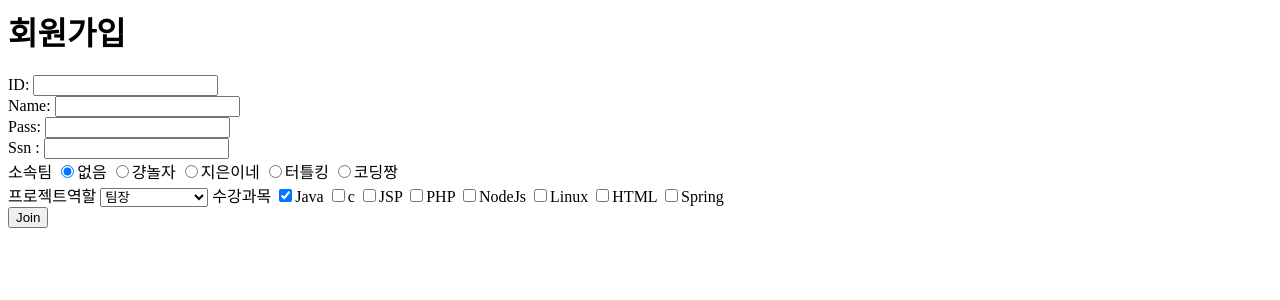
Repository: walker1232/egov
Page: http://localhost/egov/WEB-INF/views/member/add.jsp
An editor plug-in stored every save of this project. The page is shown before and after the next save, followed by the edit.
The browser window is 1280 px wide. The pictures show the whole page.
The page is served by Tomcat 9. Nobody is signed in. The template is opened directly, without the code that normally fills it, so the values that code supplies are empty.

Above is the page before, as saved 2018-08-30 03:43:54.

After the next save:
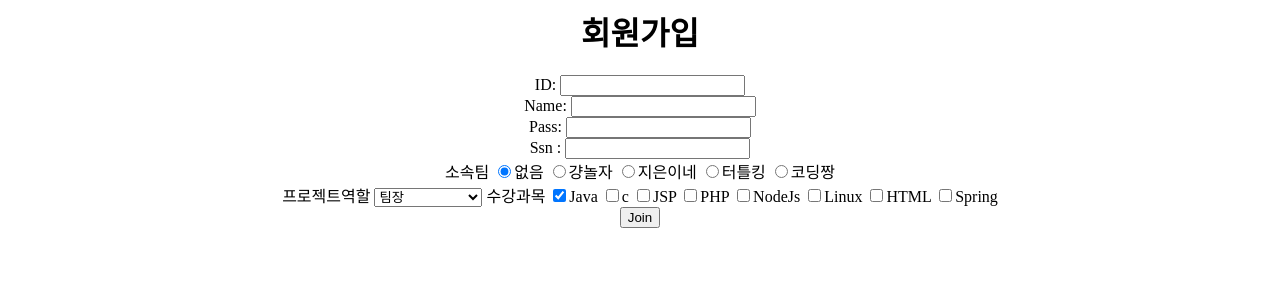
Saved 25 min 0 s later.
--- a/egov/src/main/webapp/WEB-INF/views/member/add.jsp
+++ b/egov/src/main/webapp/WEB-INF/views/member/add.jsp
@@ -1,7 +1,7 @@
 <%@ page language="java" contentType="text/html; charset=UTF-8" pageEncoding="UTF-8"%>
 <% String ctx = application.getContextPath(); %>
 
-	<div id="content">
+	<div id="content" align="center">
 		<h1>회원가입</h1>
 	<form id="add_form" name="add_form" >
 		ID: <input type="text" name="memID" required><br />
